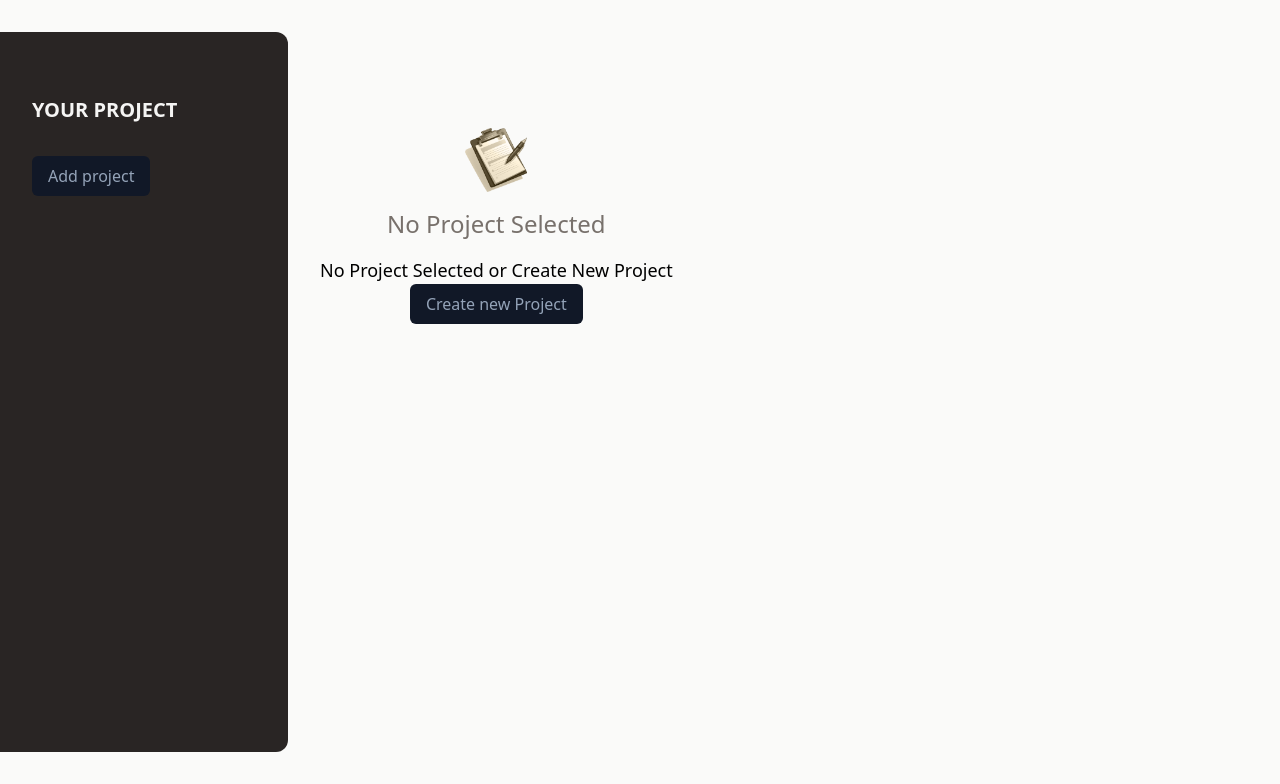
Repository: sibi24sibi/todo-list-using-reactjs
Page: /
An editor plug-in stored every save of this project. The page is shown before and after the next save, followed by the edit.
The browser window is 1280 px wide. The pictures show the whole page.
The project was rebuilt for these pictures with package versions that can differ from the ones it lists, and the page was loaded fresh each time. Also part of the build but not shown: vite.config.js, src/Components/Input.jsx, src/Components/NewProjects.jsx.

Above is the page before, as saved 2024-06-24 15:01:59.

After the next save:
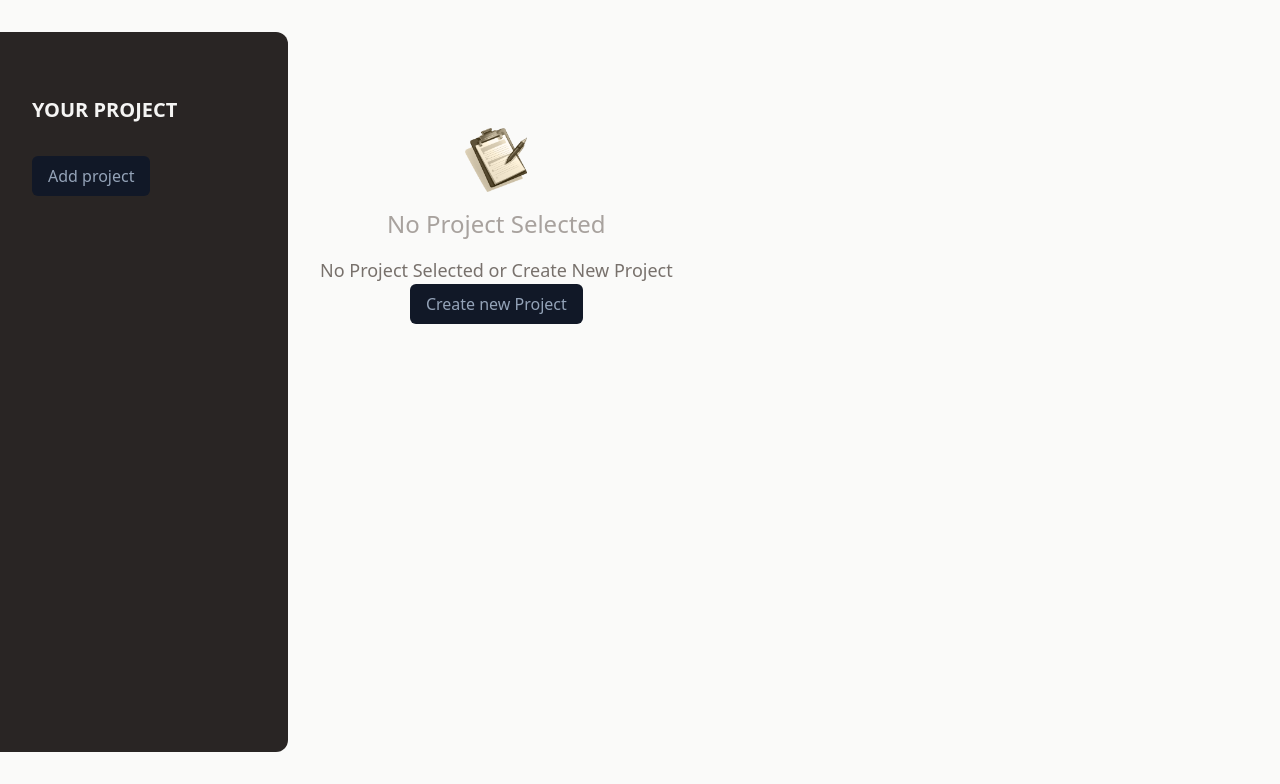
Saved 18 s later.
--- a/src/Components/NoProjects.jsx
+++ b/src/Components/NoProjects.jsx
@@ -9,8 +9,10 @@ export default function Noprojects() {
         alt="No Projects"
         className="w-16 h-16 object-contain mx-auto"
       />
-      <h2 className="text-2xl my-4  text-stone-500 ">No Project Selected</h2>
-      <p className=" text-lg">No Project Selected or Create New Project</p>
+      <h2 className="text-2xl my-4  text-stone-400 ">No Project Selected</h2>
+      <p className=" text-lg  text-stone-500 ">
+        No Project Selected or Create New Project
+      </p>
       <p>
         <Button className="">Create new Project</Button>
       </p>
